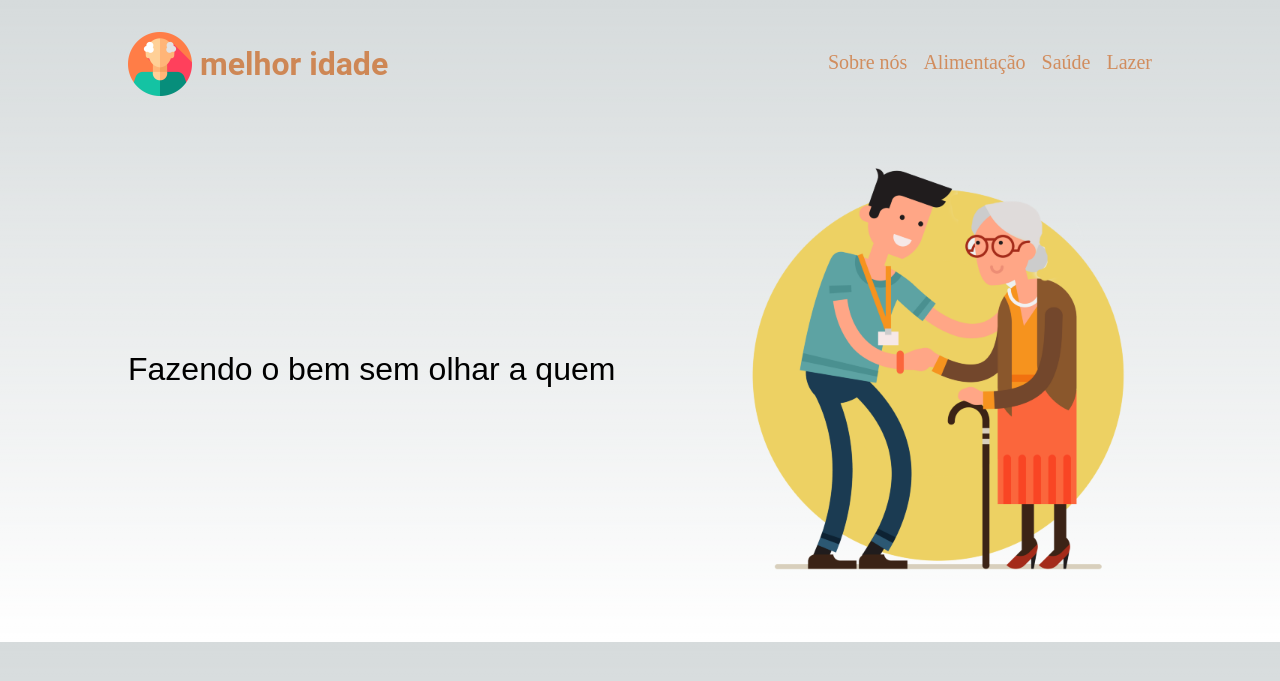
Repository: Giopol12/melhor-idade-online
Page: /home
An editor plug-in stored every save of this project. The page is shown before and after the next save, followed by the edit.
The browser window is 1280 px wide. The pictures show the whole page.
The project was rebuilt for these pictures with package versions that can differ from the ones it lists, and the page was loaded fresh each time. The framework's server and built-in components were replaced by stand-ins that run in the browser. Also part of the build but not shown: next.config.js.

Above is the page before, as saved 2023-11-12 15:51:00.

After the next save:
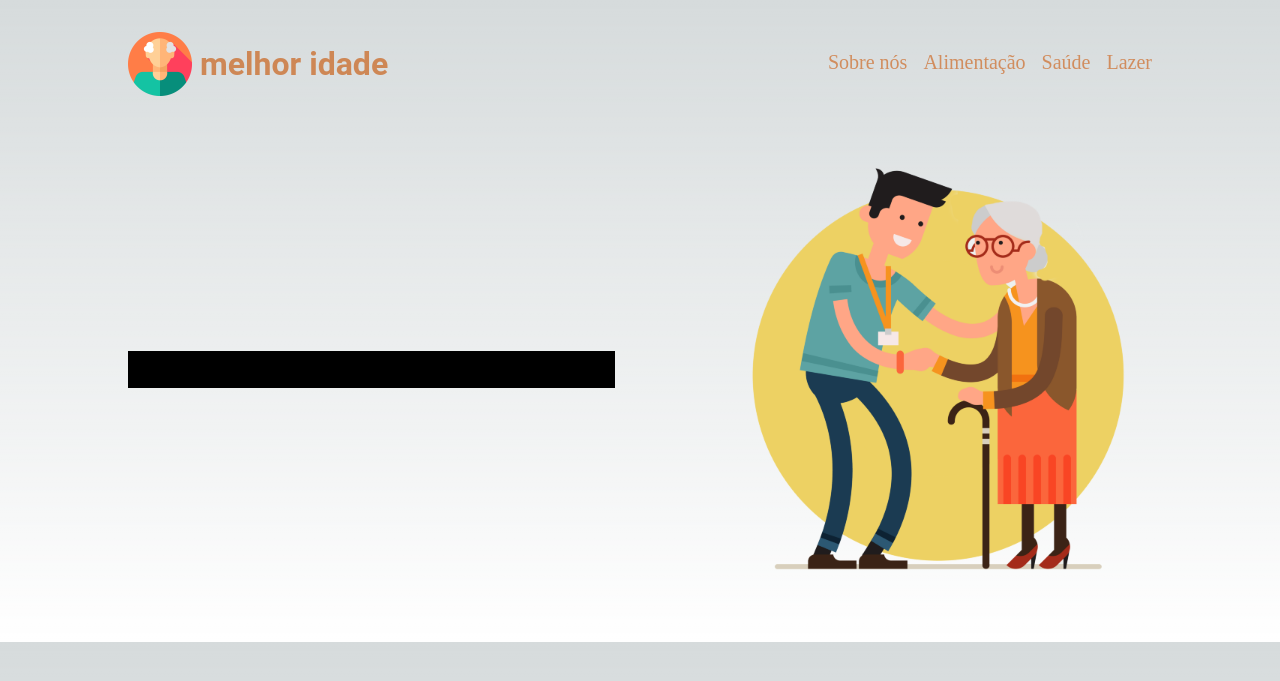
Saved 23 s later.
--- a/src/pages/home/HomeMain/styles.ts
+++ b/src/pages/home/HomeMain/styles.ts
@@ -8,6 +8,7 @@ export const HomeMainContainer = styled('main', {
   alignItems: 'center',
 })
 export const ContentContainer = styled('div', {
+  background: 'black',
   h1: {
     fontFamily: 'Lobster, sans-serif;',
     fontWeight: '400',
